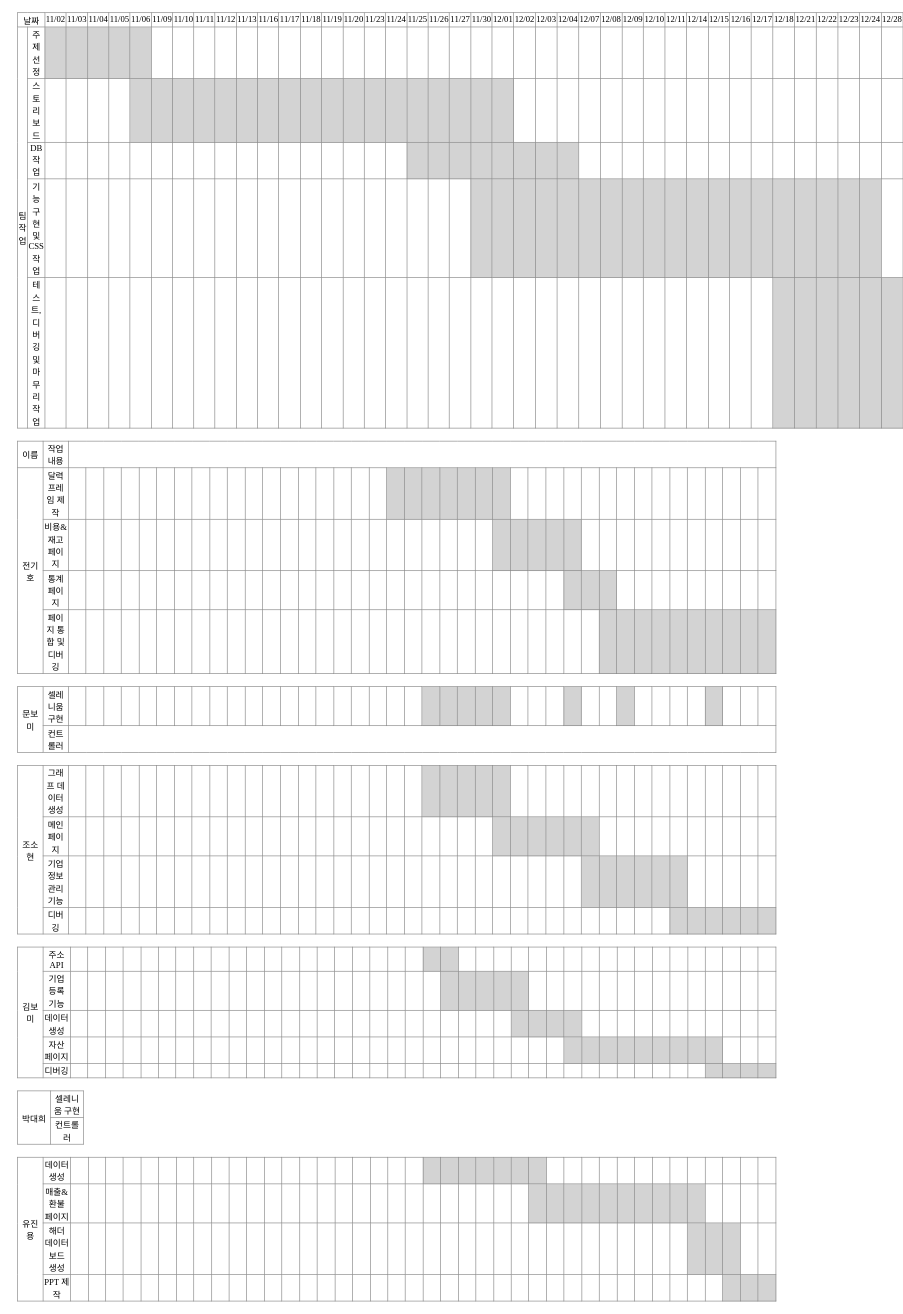
Repository: JEON-KIHO/finalProject
Page: http://localhost/ERP/WEB-INF/views/schedule.jsp
An editor plug-in stored every save of this project. The page is shown before and after the next save, followed by the edit.
The browser window is 1280 px wide. The page is 1457 px wide, so the pictures cover 1457 px, including what lies to the right of the window. The pictures show the whole page, at 62% of full size.
The page is served by Tomcat 9. Nobody is signed in. The template is opened directly, without the code that normally fills it, so the values that code supplies are empty.

Above is the page before, as saved 2020-12-24 08:27:00.

After the next save:
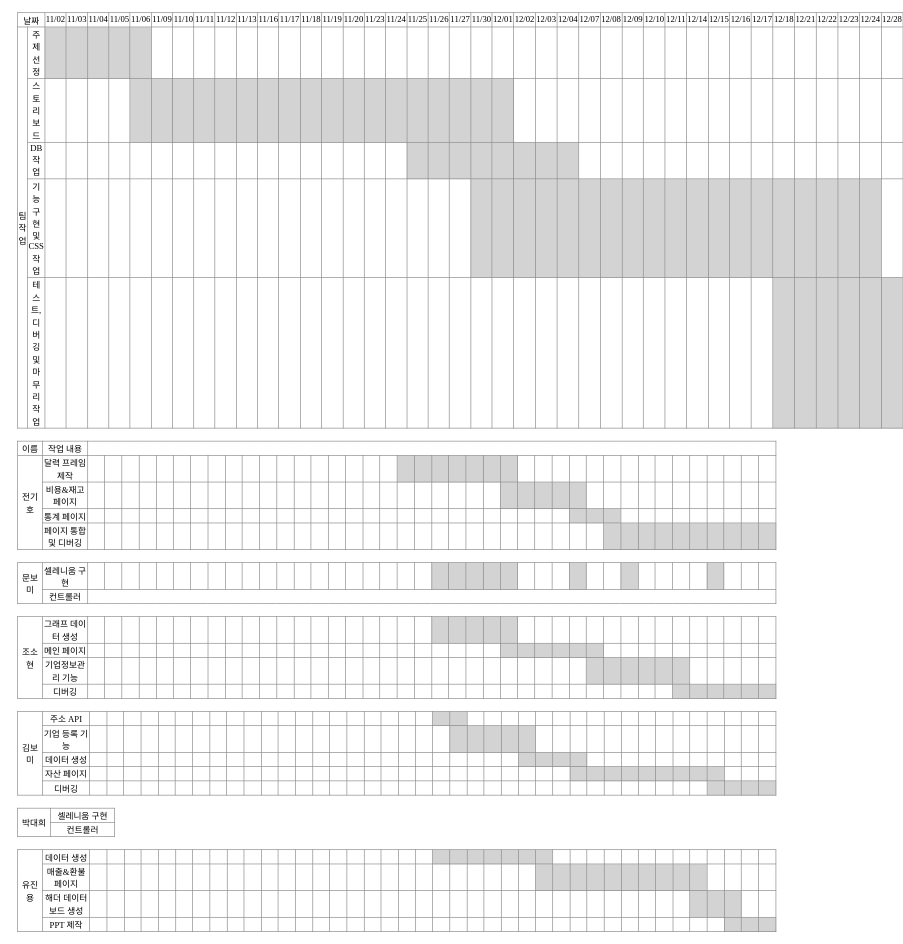
Saved 12 s later.
--- a/ERP/src/main/webapp/WEB-INF/views/schedule.jsp
+++ b/ERP/src/main/webapp/WEB-INF/views/schedule.jsp
@@ -9,7 +9,7 @@
 	table{font-size:14px; text-align:center; border-collapse:collapse; margin:20px;}
 	.black {background:lightgray;}
 	.day, .black, .white {width:38px;}
-	.sub {width:50px;}
+	.sub {width:100px;}
 </style>
 </head>
 <body>
